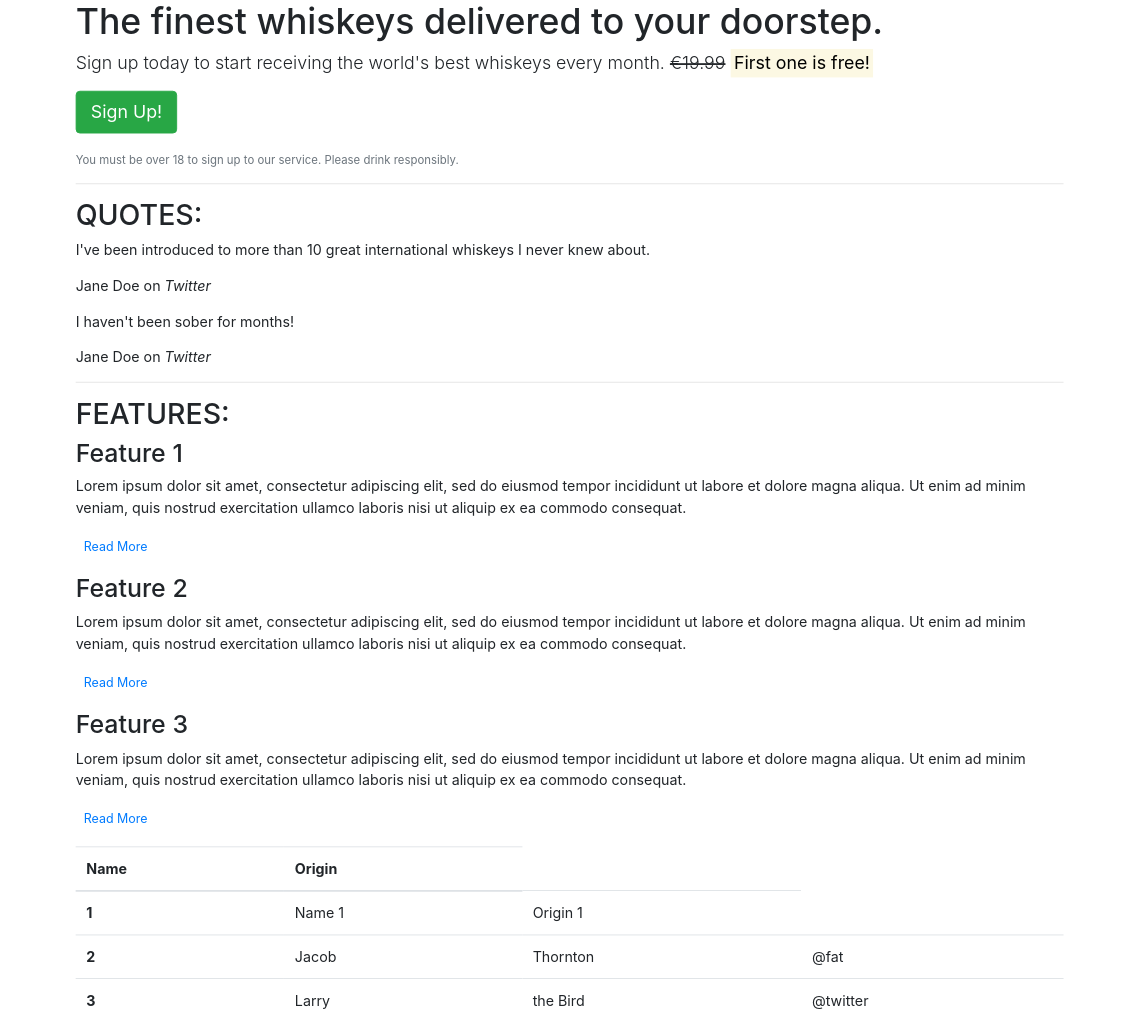
Repository: ElaineArchbold/bootstrap_landing_page1
Page: index.html
The author's editor kept a record of every edit. The page is drawn from the files as they stood at one moment, then again after the next edit.
The browser window is 1280 px wide. The pictures show the whole page, at 89% of full size.

Above is the page before.

### index.html
<!DOCTYPE html>
<html lang="en-us">

<head>
    <meta charset="utf-8">
    <meta name="viewport" content="width=device-width, initial-scale=1.0">
    <title>Whiskey Drop | Taste a new whiskey every month</title>
    <link rel="stylesheet" href="https://maxcdn.bootstrapcdn.com/bootstrap/4.1.3/css/bootstrap.min.css">
</head>

<body>
    <article class="container">
        <!-- Callout -->
        <section class="callout">
            <h1>The finest whiskeys delivered to your doorstep.</h1>
            <p class="lead">Sign up today to start receiving the world's best whiskeys every month. <s>€19.99</s> <strong><mark>First one is free!</mark></strong></p>
            <p><button class="btn btn-lg btn-success">Sign Up!</button></p>
            <p class="text-muted"><small>You must be over 18 to sign up to our service. Please drink responsibly.</small></p>
        </section>
        <!-- /.callout -->
        <hr>

        <!-- Quotes -->
        <section class="quotes">
            <h2 class="text-uppercase">Quotes:</h2>
            <blockquote class="quote">
                <p>I've been introduced to more than 10 great international whiskeys I never knew about.</p>
                <footer>Jane Doe on <cite title="Twitter">Twitter</cite></footer>
            </blockquote>
            <blockquote class="quote">
                <p>I haven't been sober for months!</p>
                <footer>Jane Doe on <cite title="Twitter">Twitter</cite></footer>
            </blockquote>
        </section>
        <!-- /.quotes -->
        <hr>

        <!-- Features -->
        <section class="features">
            <h2 class="text-uppercase">Features:</h2>
            <div class="feature">
                <h3>Feature 1</h3>
                <p>Lorem ipsum dolor sit amet, consectetur adipiscing elit, sed do eiusmod tempor incididunt ut labore et dolore magna aliqua. Ut enim ad minim veniam, quis nostrud exercitation ullamco laboris nisi ut aliquip ex ea commodo consequat.</p>
                <p><a class="btn btn-sm btn-default" href="">Read More</a></p>
            </div>
            <div class="feature">
                <h3>Feature 2</h3>
                <p>Lorem ipsum dolor sit amet, consectetur adipiscing elit, sed do eiusmod tempor incididunt ut labore et dolore magna aliqua. Ut enim ad minim veniam, quis nostrud exercitation ullamco laboris nisi ut aliquip ex ea commodo consequat.</p>
                <p><a class="btn btn-sm btn-default" href="">Read More</a></p>
            </div>
            <div class="feature">
                <h3>Feature 3</h3>
                <p>Lorem ipsum dolor sit amet, consectetur adipiscing elit, sed do eiusmod tempor incididunt ut labore et dolore magna aliqua. Ut enim ad minim veniam, quis nostrud exercitation ullamco laboris nisi ut aliquip ex ea commodo consequat.</p>
                <p><a class="btn btn-sm btn-default" href="">Read More</a></p>
            </div>
        </section>
        <!-- /.features -->

        <section class="monthly-favourites">
            <table class="table">
  <thead>
    <tr>
      <th scope="col">Name</th>
      <th scope="col">Origin</th>
    </tr>
  </thead>
  <tbody>
    <tr>
      <th scope="row">1</th>
      <td>Name 1</td>
      <td>Origin 1</td>
    </tr>
    <tr>
      <th scope="row">2</th>
      <td>Jacob</td>
      <td>Thornton</td>
      <td>@fat</td>
    </tr>
    <tr>
      <th scope="row">3</th>
      <td>Larry</td>
      <td>the Bird</td>
      <td>@twitter</td>
    </tr>
  </tbody>
</table>

        </section>
    </article>
</body>

</html>

After the next edit:
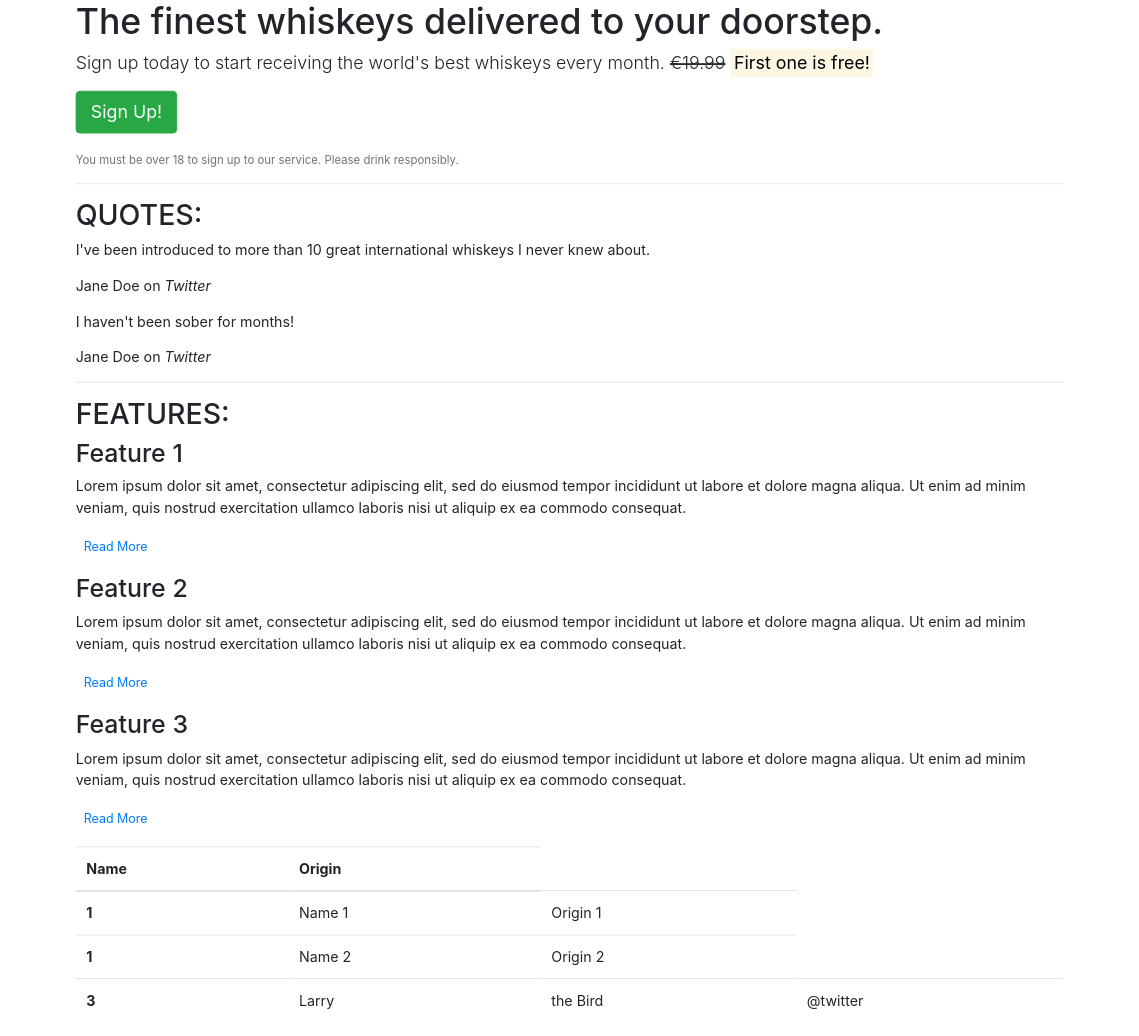
The edit:
--- a/index.html
+++ b/index.html
@@ -71,10 +71,9 @@
       <td>Origin 1</td>
     </tr>
     <tr>
-      <th scope="row">2</th>
-      <td>Jacob</td>
-      <td>Thornton</td>
-      <td>@fat</td>
+       <th scope="row">1</th>
+      <td>Name 2</td>
+      <td>Origin 2</td>
     </tr>
     <tr>
       <th scope="row">3</th>
